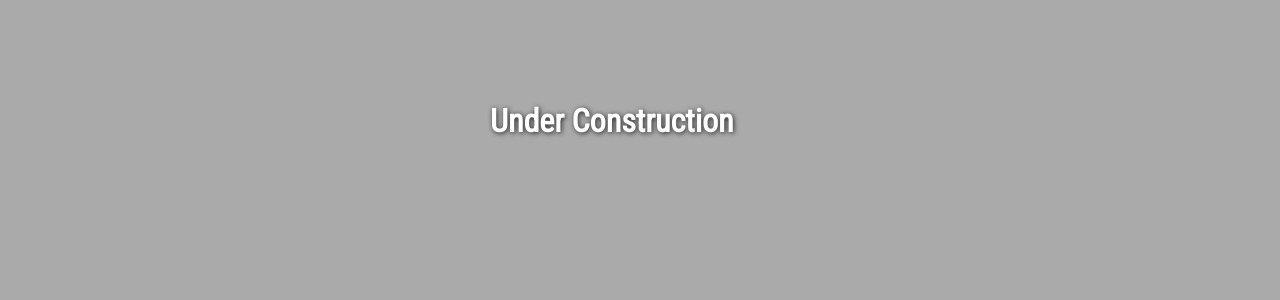
Repository: alainr3d/gluix
Page: index.html
The author's editor kept a record of every edit. The page is drawn from the files as they stood at one moment, then again after the next edit.
The browser window is 1280 px wide. The pictures show the whole page.

Above is the page before.

### index.html
<!DOCTYPE html>
<html lang="en" class="no-js">

    <head>
        <meta charset="UTF-8" />
        <meta http-equiv="X-UA-Compatible" content="IE=edge,chrome=1">
        <meta name="viewport" content="width=device-width, initial-scale=1.0">
        <title>GLUIX</title>
        <link href='http://fonts.googleapis.com/css?family=Roboto+Condensed' rel='stylesheet' type='text/css'>
        <link rel="stylesheet" type="text/css" media="all"
        href="index.css" />
    </head>

    <body>
        <h1>Under Construction</h1>
    </body>

</html>

### index.css
body, html {
    padding:0;
    margin:0;
}
body {
    background-color:#aaa
}
div{
    position: fixed; z-index: -99; width: 100%; height: 100%;
}
h1 {
    margin-top: 50px;
    position: relative;
    top: 0;
    z-index: 99;
    color: #fff;
    margin: 0 auto;
    padding-top: 8%;
    width: 300px;
    font-family:'Roboto Condensed', sans-serif;
    text-align:left;
    text-shadow: 1px 1px 5px #222;
}

After the next edit:
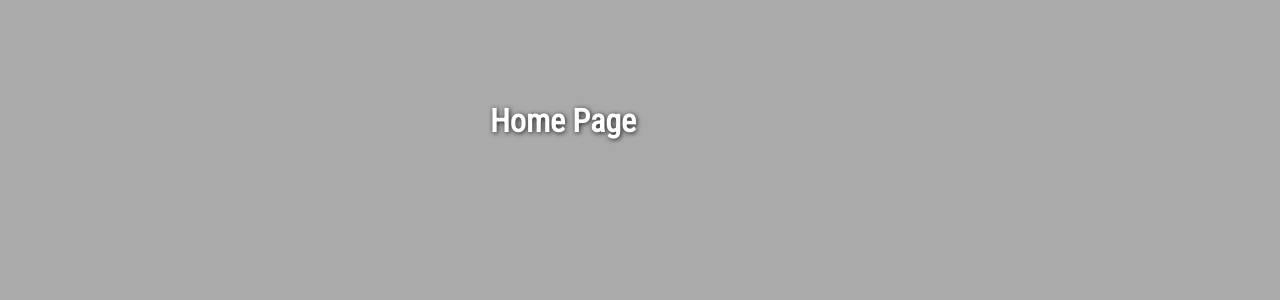
The edit:
--- a/index.html
+++ b/index.html
@@ -12,7 +12,7 @@
     </head>
 
     <body>
-        <h1>Under Construction</h1>
+        <h1>Home Page</h1>
     </body>
 
 </html>
